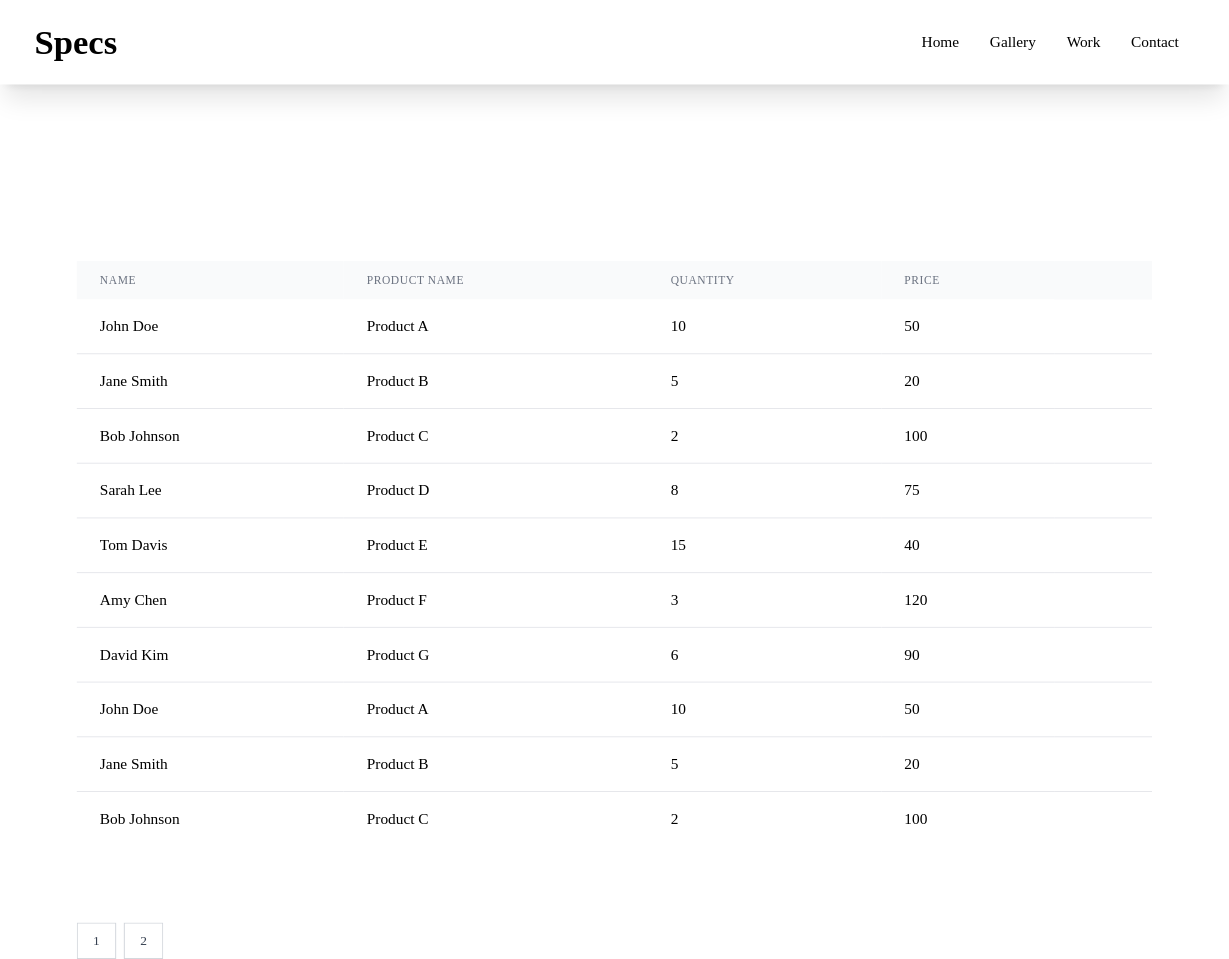
Repository: rushit163/frames-ecommerce
Page: /
The author's editor kept a copy of each file at every save. The page is drawn from the files as they stood at one save, then again after a run of saves.
The browser window is 1280 px wide. The pictures show the whole page, at 96% of full size.
The project was rebuilt for these pictures with package versions that can differ from the ones it lists, and the page was loaded fresh each time. The framework's server and built-in components were replaced by stand-ins that run in the browser. Also part of the build but not shown: next.config.js.

Above is the page before, as saved 2023-05-06 07:10:11.

After the next 2 saves:
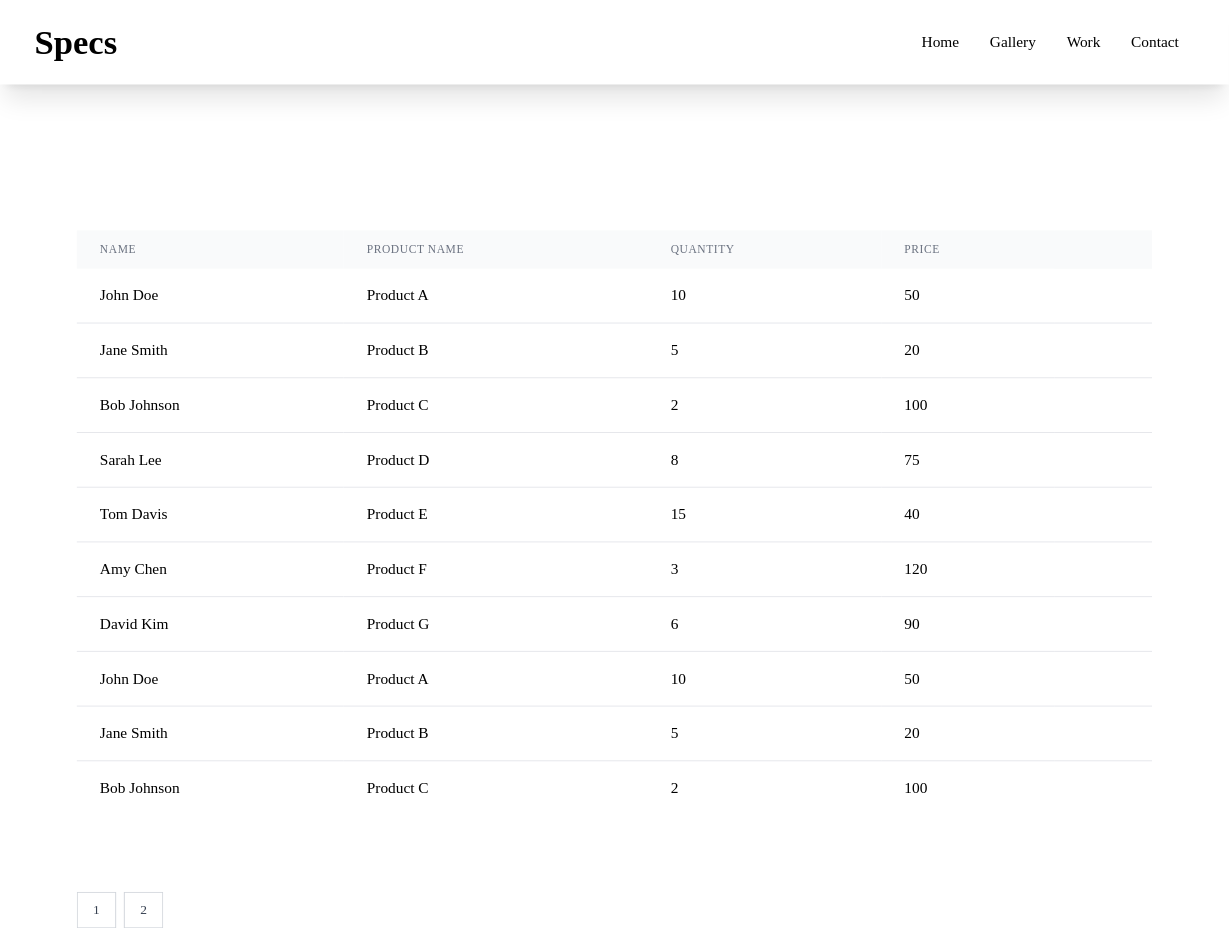
The 2 saves are shown as one change because they came seconds apart.
The last was saved 56 s later.
--- a/pages/Admin_homePage.tsx
+++ b/pages/Admin_homePage.tsx
@@ -135,7 +135,7 @@ const products = [
   <>
     <Navbar/>
     <div className="flex items-center justify-center h-screen md:pl-20 md:pr-20">
-      <div className="w-full h-[calc(80vh-10rem)] mt-16">
+      <div className="w-full h-[calc(80vh-10rem)]">
         <table className="w-full mb-20">
           <thead className="bg-gray-50">
             <tr>
